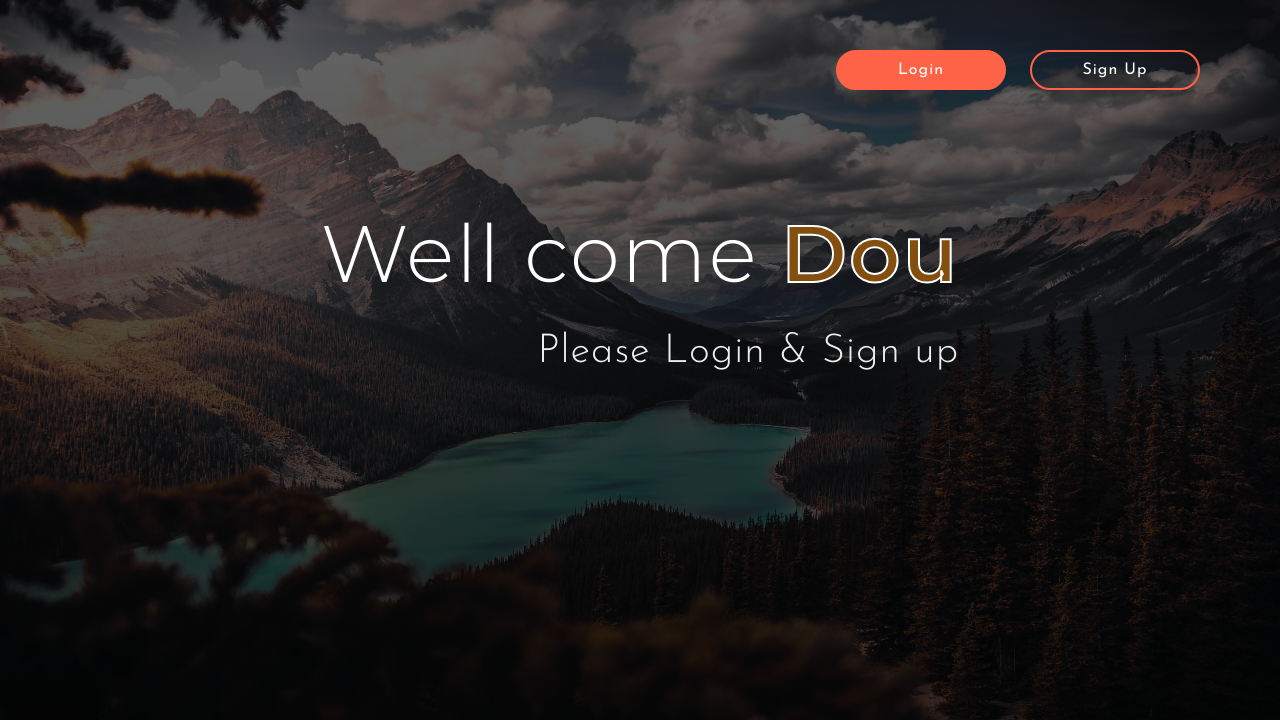
Repository: motamedipour2022/javascript_project
Page: model_form1/index.html
The author's editor kept a copy of each file at every save. The page is drawn from the files as they stood at one save, then again after the next save.
The browser window is 1280 px wide. The pictures show the whole page.
Some web libraries are served in a nearby version.

Above is the page before, as saved 2022-12-20 12:28:43.

After the next save:
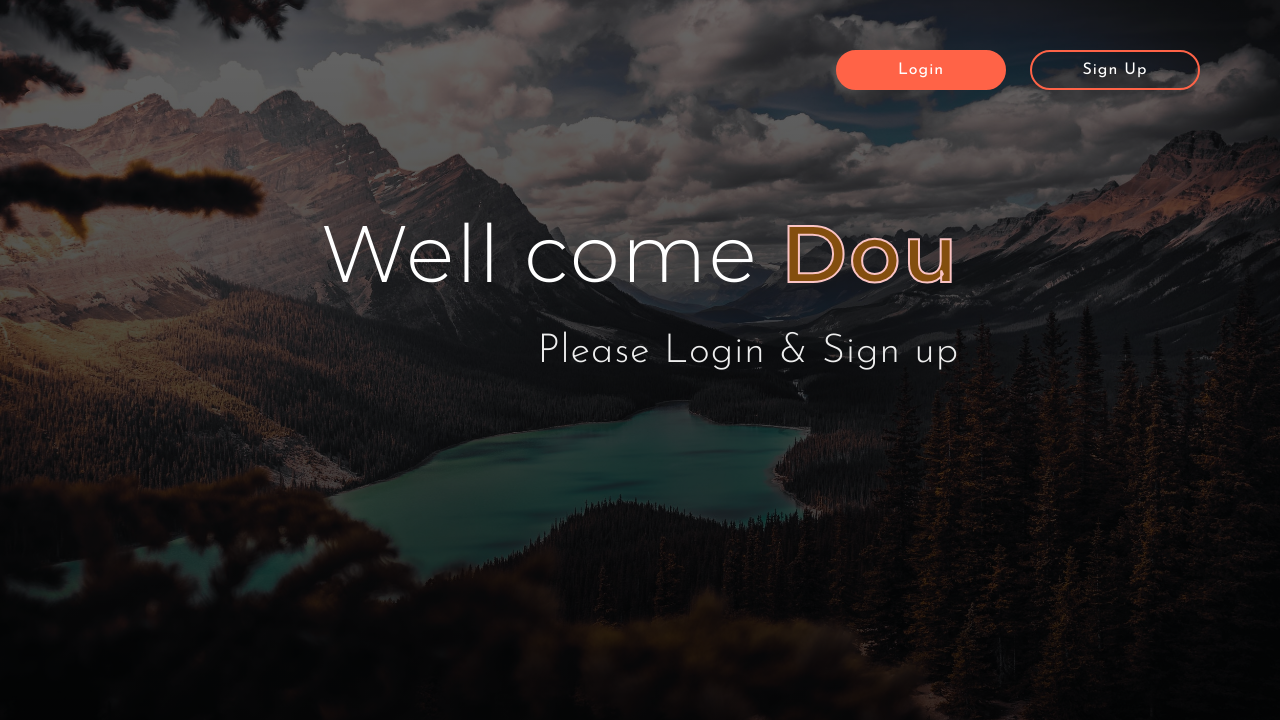
Saved 6 s later.
--- a/model_form1/style.css
+++ b/model_form1/style.css
@@ -29,7 +29,7 @@
 .banner-text h1 span{
   color: rgb(131, 78, 14);
   font-weight: 800;
-  -webkit-text-stroke: 2px white;
+  -webkit-text-stroke: 2px rgb(250, 196, 196);
 }
 .banner-text p {
   color: #eee;
